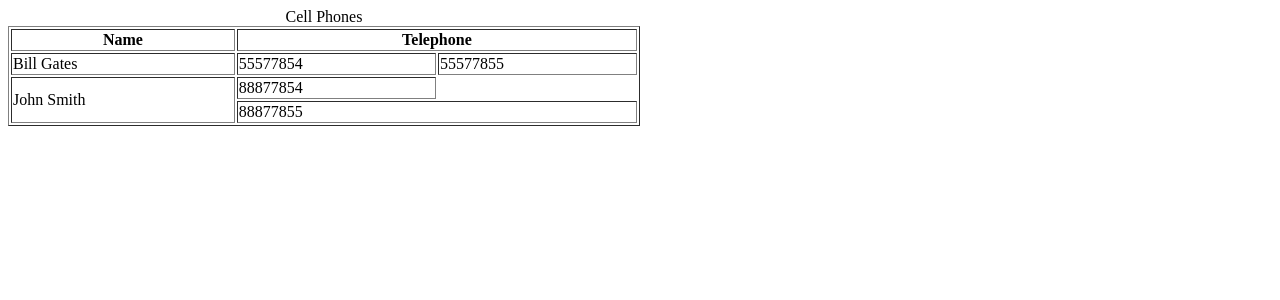
Repository: SanghunOh/learn_publising
Page: HtmlCss/WebContent/HtmlElements/table_align.html
These files come from the project's save history. The page is drawn as it stood at one moment and after the next save; the edit follows.
The browser window is 1280 px wide. The pictures show the whole page.

Above is the page before, as saved 2018-05-05 06:55:30.

### HtmlCss/WebContent/HtmlElements/table_align.html
<!DOCTYPE html>
<html>
<body>
	<table style="width: 50%" border="1">
		<caption>Cell Phones</caption>
		<tr>
			<th>Name</th>
			<th colspan="2">Telephone</th>
		</tr>
		<tr>
			<td>Bill Gates</td>
			<td>55577854</td>
			<td>55577855</td>
		</tr>
		<tr>
			<td rowspan="2">John Smith</td>
			<td>88877854</td>
		</tr>
		<tr>
			<td colspan="3">88877855</td>
		</tr>
	</table>

</body>
</html>

After the next save:
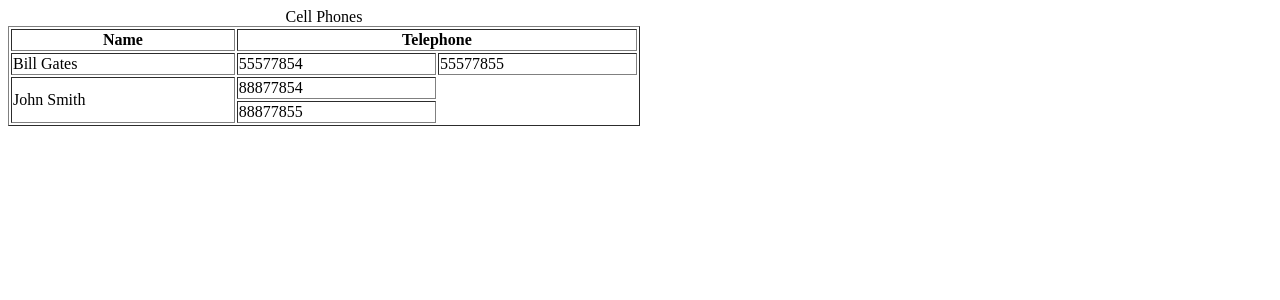
Saved 8 s later.
--- a/HtmlCss/WebContent/HtmlElements/table_align.html
+++ b/HtmlCss/WebContent/HtmlElements/table_align.html
@@ -17,7 +17,7 @@
 			<td>88877854</td>
 		</tr>
 		<tr>
-			<td colspan="3">88877855</td>
+			<td rowspan="3">88877855</td>
 		</tr>
 	</table>
 
